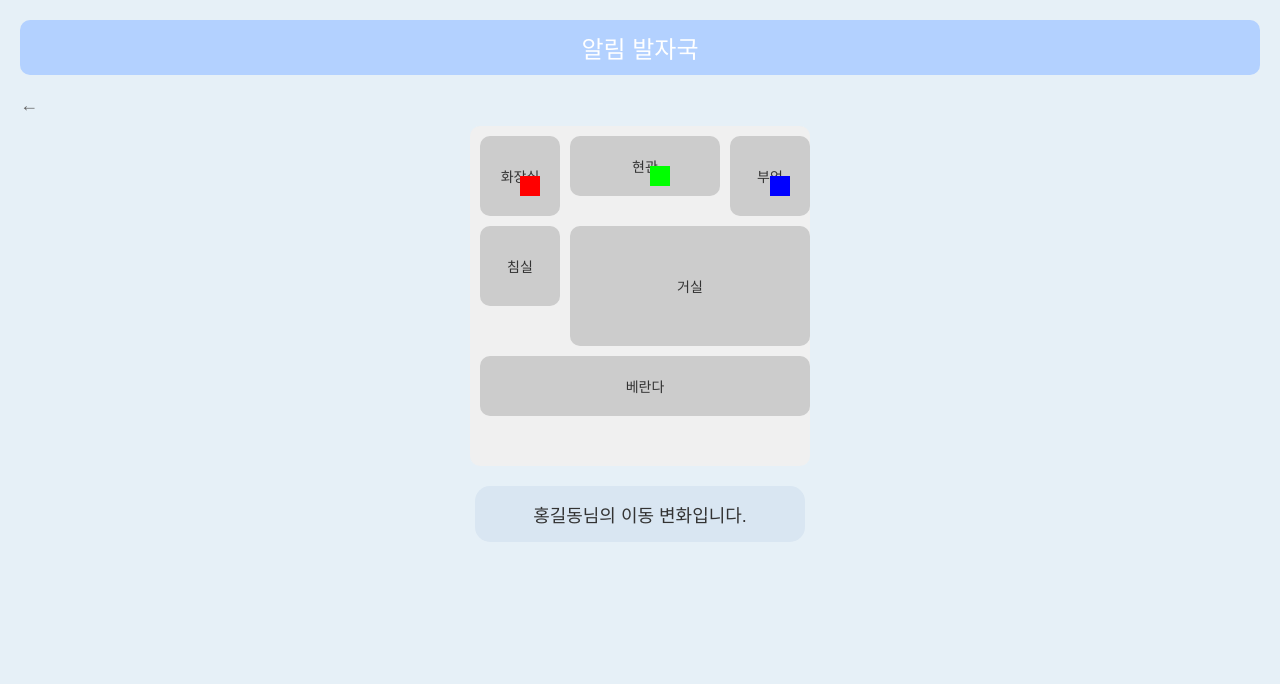
Repository: step-by-steps/step_by_steps_web
Page: http://localhost/step2
An editor plug-in stored every save of this project. The page is shown before and after a run of saves, followed by the edit.
The browser window is 1280 px wide. The pictures show the whole page.
The page is served by the project's application, run on Flask 3 (main.py). The session is filled in as if someone had signed in: {"username": "testuser"}. Queries for data that is not in the repository find no rows.

Above is the page before, as saved 2024-08-19 01:00:32.

After the next 2 saves:
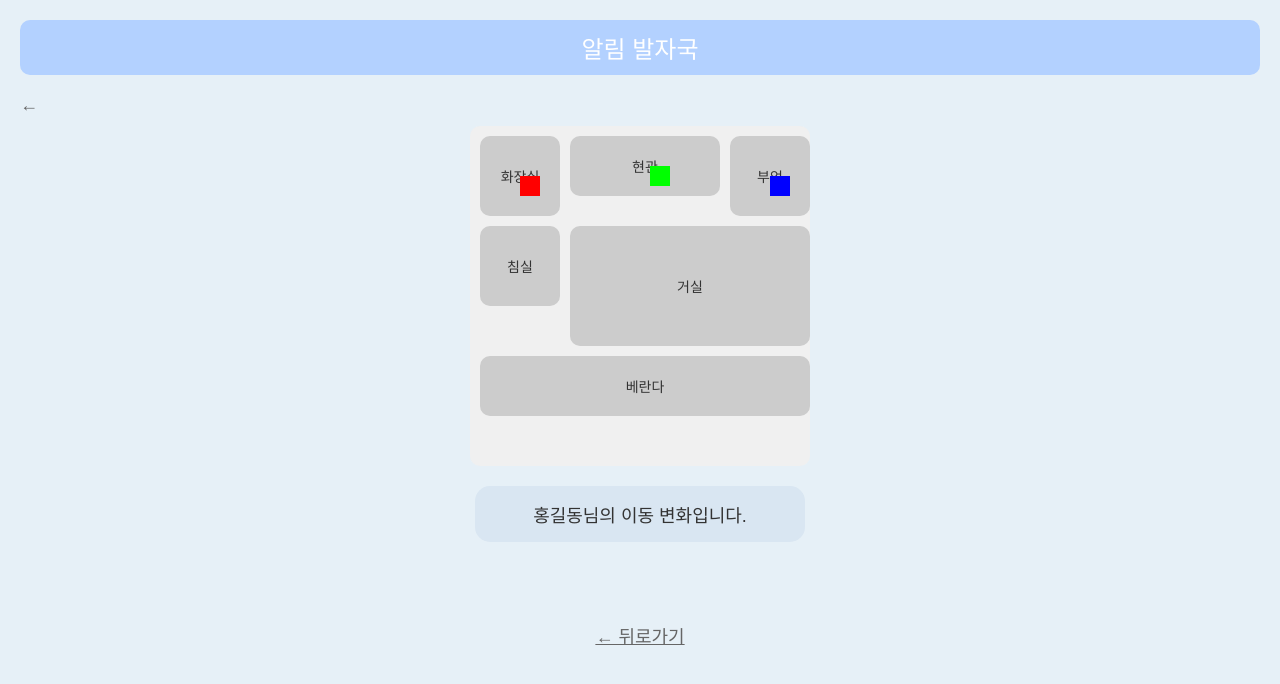
The 2 saves are shown as one change because they came seconds apart.
The last was saved 46 s later.
--- a/templates/step2.html
+++ b/templates/step2.html
@@ -160,6 +160,10 @@
             {% endfor %}
         </ul>
     </div>
+    <div class="container">
+        <!-- 뒤로가기 버튼 -->
+        <a href="{{ url_for('index') }}" class="back-button">← 뒤로가기</a>
+
 </div>
 
 </body>
